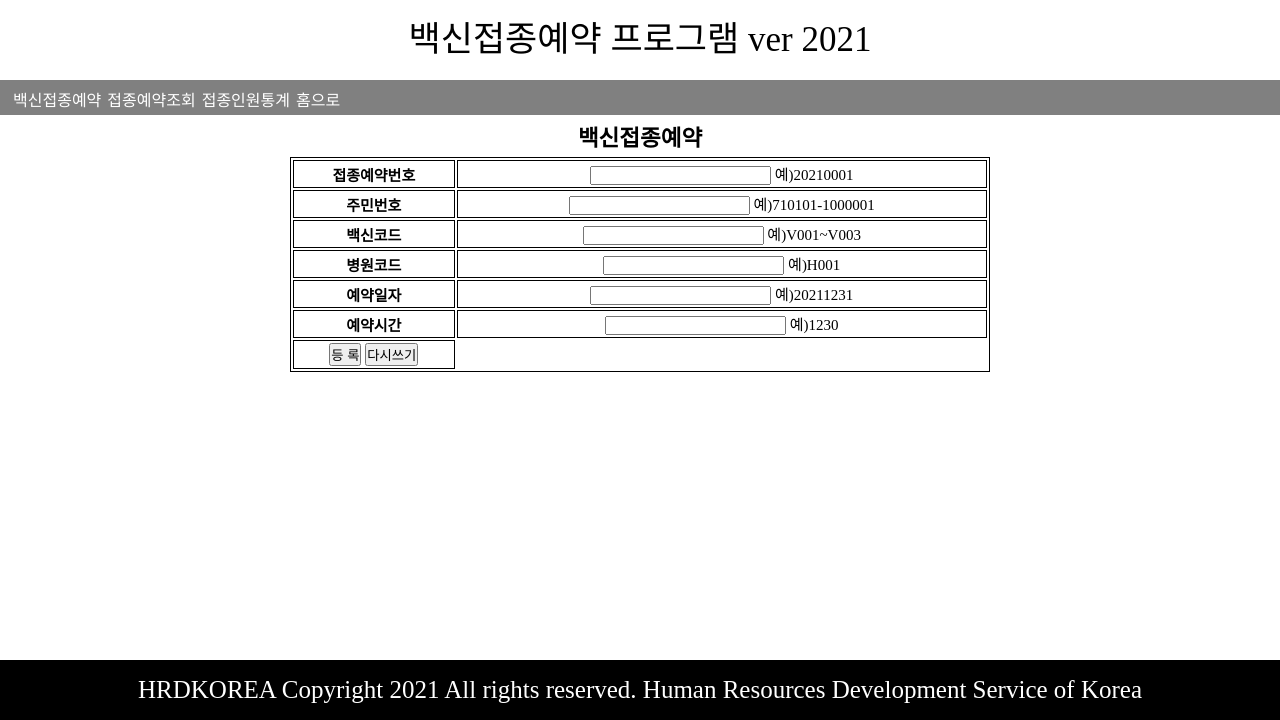
Repository: Up-Min/hrdkorea
Page: http://localhost/cbq_5678/calc
An editor plug-in stored every save of this project. The page is shown before and after the next save, followed by the edit.
The browser window is 1280 px wide. The pictures show the whole page.
The page is served by Tomcat 9.

Above is the page before, as saved 2022-12-23 01:51:08.

After the next save:
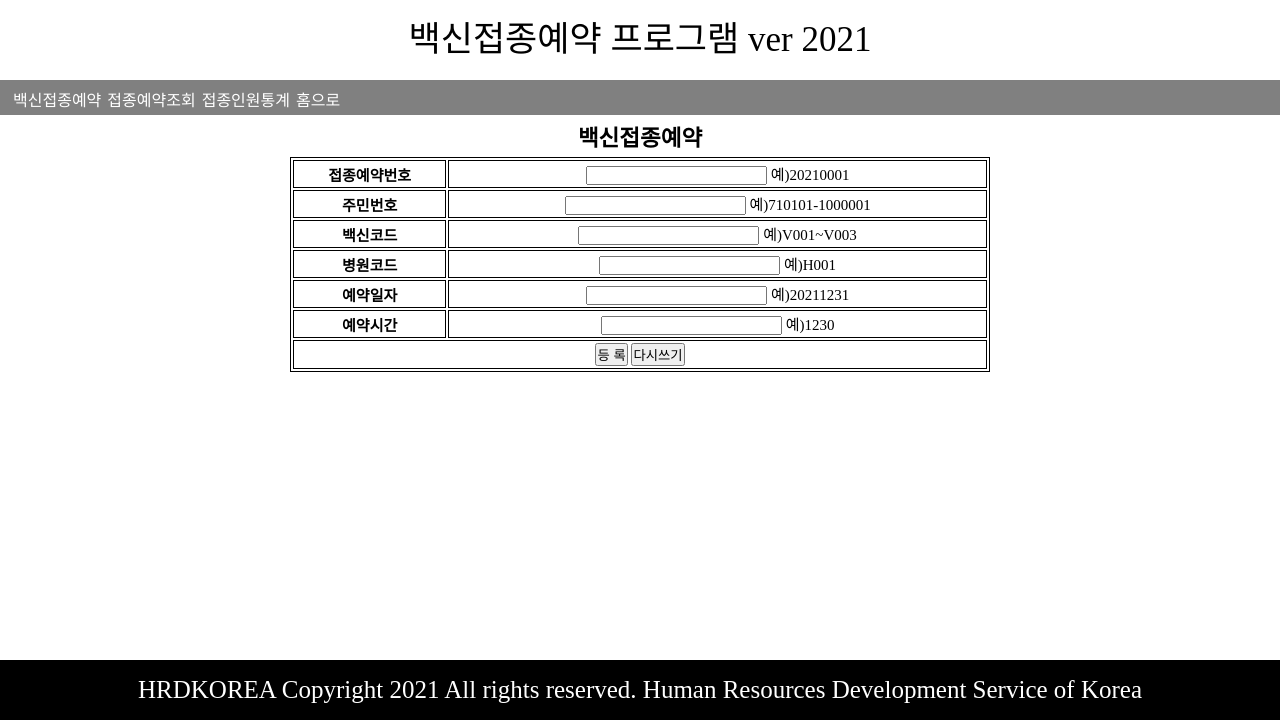
Saved 11 s later.
--- a/cbq_5678/src/main/webapp/reserv.jsp
+++ b/cbq_5678/src/main/webapp/reserv.jsp
@@ -41,7 +41,7 @@
 	 		<td class = "val"><input type = "text" name = "resvtime"> 예)1230 </td>
 	 	</tr>
 	 	<tr>
-	 		<td colspan="1">
+	 		<td colspan="2">
 	 			<button class="btn" type="submit" onclick ="fn_submit(); return false;" > 등 록 </button>
 	 			<button class="btn" type="reset" name="reset" onclick ="fn_reset(); location = 'reserv'" > 다시쓰기 </button>
 	 		</td>
